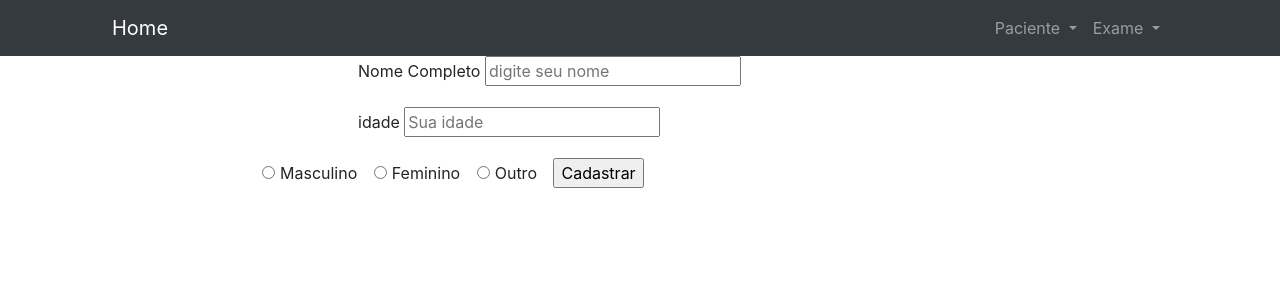
Repository: noobDevPRB/struts2_project
Page: http://localhost/Projeto_SOCTest/
These files come from the project's save history. The page is drawn as it stood at one moment and after the next save; the edit follows.
The browser window is 1280 px wide. The pictures show the whole page.
The page is served by Tomcat 9. Nobody is signed in. The application's start-up code is not run. Other server files are loaded and not shown.

Above is the page before, as saved 2020-10-17 18:19:41.

### Projeto_SOCTest/WebContent/index.jsp
<%@ page language="java" contentType="text/html; charset=ISO-8859-1" pageEncoding="ISO-8859-1"%>

<!DOCTYPE html>
<html lang="en">
<head>
  <!-- Required meta tags -->
  <meta charset="utf-8">
  <meta name="viewport" content="width=device-width, initial-scale=1, shrink-to-fit=no">

  <!-- Bootstrap CSS -->
  <link rel="stylesheet" href="https://cdn.jsdelivr.net/npm/bootstrap@4.5.3/dist/css/bootstrap.min.css" integrity="sha384-TX8t27EcRE3e/ihU7zmQxVncDAy5uIKz4rEkgIXeMed4M0jlfIDPvg6uqKI2xXr2" crossorigin="anonymous">

  <title>Soc Teste</title>
</head>

<body>
	<nav class="navbar navbar-expand-lg navbar-dark bg-dark">
		<a class="navbar-brand pl-5 ml-5" href="http://localhost:8080/Projeto_SOCTest/">Home</a>

		<div class="collapse navbar-collapse" id="navbarSupportedContent">
			<ul class="navbar-nav ml-auto pr-5 mr-5">
				<li class="nav-item dropdown">
					<a class="nav-link dropdown-toggle" href="#" id="navbarDropdown" role="button" data-toggle="dropdown" aria-haspopup="true" aria-expanded="false">
					Paciente
					</a>
					<div class="dropdown-menu" aria-labelledby="navbarDropdown">
						<a class="dropdown-item" href="http://localhost:8080/Projeto_SOCTest/navegarCadastroPaciente">Cadastro</a>
						<a class="dropdown-item" href="http://localhost:8080/Projeto_SOCTest/listarPaciente">Listagem</a>
					</div>
				</li>
				<li class="nav-item dropdown">
					<a class="nav-link dropdown-toggle" href="#" id="navbarDropdown" role="button" data-toggle="dropdown" aria-haspopup="true" aria-expanded="false">
					Exame
					</a>
					<div class="dropdown-menu" aria-labelledby="navbarDropdown">
						<a class="dropdown-item" href="http://localhost:8080/Projeto_SOCTest/cadastrarExames">Cadastro</a>
						<a class="dropdown-item" href="http://localhost:8080/Projeto_SOCTest/listarExames">Listagem</a>
					</div>
				</li>
			</ul>
		</div>
	</nav>
	<div class="container">
		<div class="row">
			<div class="col-sm px-5 mx-5">
				<form class="px-5 mx-5" action="cadastrarPaciente"method="post">
					<div class="form-group px-5 mx-5">
						<label>Nome Completo</label>
						<input type="text" required="required" pattern="[a-z\s]+$" maxlength="40" placeholder="digite seu nome" name="paciente.nm_cmplt">
					</div>
					<div class="form-group px-5 mx-5">
						<label for="formGroupExampleInput2">idade</label>
						<input type="number" required="required" placeholder="Sua idade" name="paciente.idade">
					</div>

					<div class="form-check form-check-inline">
						<input class="form-check-input" type="radio" name="paciente.genero" value="masculino">
						<label class="form-check-label" for="inlineRadio1">Masculino</label>
					</div>
					<div class="form-check form-check-inline">
						<input class="form-check-input" type="radio" name="paciente.genero" value="feminino">
						<label class="form-check-label" for="inlineRadio2">Feminino</label>
					</div>
					<div class="form-check form-check-inline">
						<input class="form-check-input" type="radio" name="paciente.genero" value="outro">
						<label class="form-check-label" for="inlineRadio3">Outro</label>
					</div>

					<input type="submit" value="Cadastrar">
				</form>
			</div>
		</div>
	</div>
<!-- Option 1: jQuery and Bootstrap Bundle (includes Popper) -->
<script src="https://code.jquery.com/jquery-3.5.1.slim.min.js" integrity="sha384-DfXdz2htPH0lsSSs5nCTpuj/zy4C+OGpamoFVy38MVBnE+IbbVYUew+OrCXaRkfj" crossorigin="anonymous"></script>
<script src="https://cdn.jsdelivr.net/npm/bootstrap@4.5.3/dist/js/bootstrap.bundle.min.js" integrity="sha384-ho+j7jyWK8fNQe+A12Hb8AhRq26LrZ/JpcUGGOn+Y7RsweNrtN/tE3MoK7ZeZDyx" crossorigin="anonymous"></script>

</body>
</html>

After the next save:
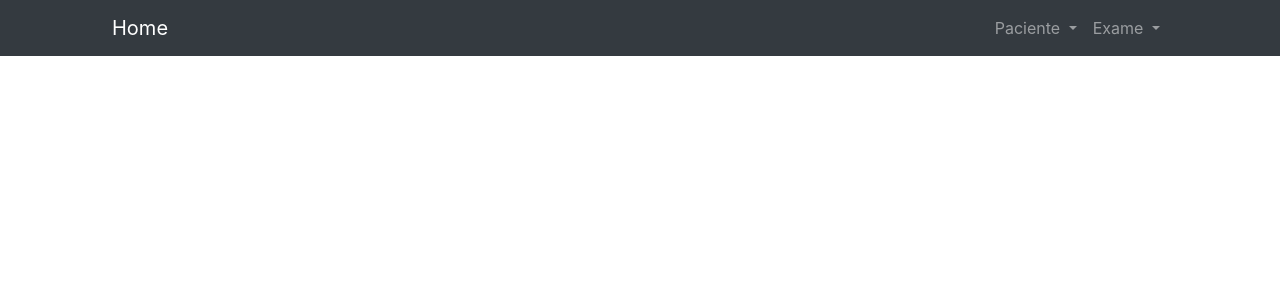
Saved 55 s later.
--- a/Projeto_SOCTest/WebContent/index.jsp
+++ b/Projeto_SOCTest/WebContent/index.jsp
@@ -40,7 +40,7 @@
 			</ul>
 		</div>
 	</nav>
-	<div class="container">
+	<!--<div class="container">
 		<div class="row">
 			<div class="col-sm px-5 mx-5">
 				<form class="px-5 mx-5" action="cadastrarPaciente"method="post">
@@ -71,7 +71,7 @@
 			</div>
 		</div>
 	</div>
-<!-- Option 1: jQuery and Bootstrap Bundle (includes Popper) -->
+ Option 1: jQuery and Bootstrap Bundle (includes Popper) -->
 <script src="https://code.jquery.com/jquery-3.5.1.slim.min.js" integrity="sha384-DfXdz2htPH0lsSSs5nCTpuj/zy4C+OGpamoFVy38MVBnE+IbbVYUew+OrCXaRkfj" crossorigin="anonymous"></script>
 <script src="https://cdn.jsdelivr.net/npm/bootstrap@4.5.3/dist/js/bootstrap.bundle.min.js" integrity="sha384-ho+j7jyWK8fNQe+A12Hb8AhRq26LrZ/JpcUGGOn+Y7RsweNrtN/tE3MoK7ZeZDyx" crossorigin="anonymous"></script>
 
